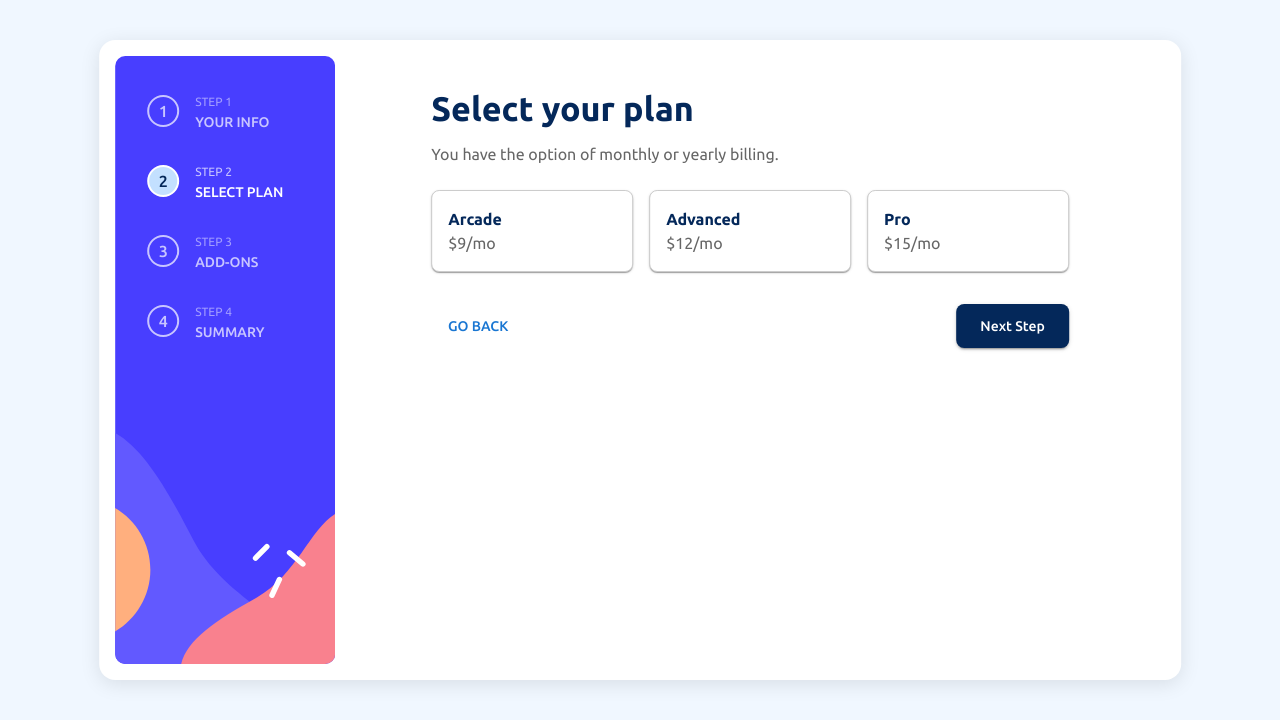
Repository: ozerrrs/chalange7days
Page: / (app in 7dayschalange/7dayschallange/), after clicking the first element matching `button.MuiButtonBase-root`
These files come from the project's save history. The page is drawn as it stood at one moment and after the next save; the edit follows.
The browser window is 1280 px wide. The pictures show the whole page.
The project was rebuilt for these pictures with package versions that can differ from the ones it lists, and the page was loaded fresh each time. Also part of the build but not shown: 7dayschalange/7dayschallange/vite.config.js.

Above is the page before, as saved 2025-03-05 15:09:55.

### 7dayschalange/7dayschallange/src/main.jsx
import * as React from "react";
import * as ReactDOM from "react-dom/client";
import { ThemeProvider } from "@mui/material/styles";
import { CssBaseline } from "@mui/material";
import theme from "./theme/theme";
import App from "./App";
import "./index.css";
ReactDOM.createRoot(document.getElementById("root")).render(
  <React.StrictMode>
    <ThemeProvider theme={theme}>
      <CssBaseline />
      <App />
    </ThemeProvider>
  </React.StrictMode>
);

### 7dayschalange/7dayschallange/src/theme/theme.jsx
import { createTheme } from "@mui/material/styles";

const theme = createTheme({
  typography: {
    fontFamily: "'Ubuntu', sans-serif",
    h4: {
      fontWeight: 700,
    },
    h2: {
      fontWeight: 500,
    },
  },
  components: {
    MuiCssBaseline: {
      styleOverrides: `
        body {
          background-color: #f0f7ff;
        }
      `,
    },
  },
});

export default theme;

### 7dayschalange/7dayschallange/src/App.jsx
import { Routes, Route, BrowserRouter } from "react-router-dom";
import FirstPage from "./pages/firstPage";
import "@fontsource/ubuntu/400.css"; // Regular
import "@fontsource/ubuntu/500.css"; // Medium
import "@fontsource/ubuntu/700.css"; // Bold
function App() {
  return (
    <BrowserRouter>
      <Routes>
        <Route path="/" element={<FirstPage />} />
        {/* <Route path="/about" element={<About />} />
          <Route path="/login" element={<Login />} />
          <Route path="/register" element={<Register />} /> */}
      </Routes>
    </BrowserRouter>
  );
}
export default App;

### 7dayschalange/7dayschallange/src/index.css
#root {
  height: 100vh;
  width: 100vw;
  background-color: #f0f7ff;
}

### 7dayschalange/7dayschallange/src/pages/firstPage.jsx
import React, { useState } from "react";
import {
  Box,
  TextField,
  Typography,
  Button,
  Stepper,
  Step,
  StepLabel,
  Paper,
  Container,
  Grid,
  CssBaseline,
} from "@mui/material";
import { styled, ThemeProvider } from "@mui/material/styles";
// Import the background image for the sidebar
import backgroundNav from "../assets/bg-sidebar-desktop.svg"; // Adjust the path as needed

const FormContainer = styled(Paper)(({ theme }) => ({
  padding: theme.spacing(2),
  borderRadius: 16,
  boxShadow: "0px 4px 20px rgba(0, 0, 0, 0.1)",
  display: "flex",
  overflow: "hidden",
  minWidth: 1000,
  minHeight: 640,
  margin: "0 auto",
  position: "absolute",
  top: "50%",
  left: "50%",
  transform: "translate(-50%, -50%)",
}));

const SideBar = styled(Box)(({ theme }) => ({
  padding: theme.spacing(4),
  borderRadius: "10px 10px 10px 10px",
  color: "white",
  width: 274,
  position: "relative",
  overflow: "hidden",
  background: "none",
  minHeight: 568,
}));

const ContentArea = styled(Box)(({ theme }) => ({
  paddingLeft: theme.spacing(12),
  paddingRight: theme.spacing(12),
  paddingTop: theme.spacing(4),
  paddingBottom: theme.spacing(4),
  width: "100%",
}));

const NextButton = styled(Button)(({ theme }) => ({
  backgroundColor: "#04285a",
  color: "white",
  borderRadius: 8,
  padding: "10px 24px",
  textTransform: "none", // This prevents uppercase text

  "&:hover": {
    backgroundColor: "#172b4d",
  },
}));
const StyledTextField = styled(TextField)(({ theme }) => ({
  marginBottom: theme.spacing(2),
  "& .MuiOutlinedInput-root": {
    borderRadius: "10px",
    "& fieldset": {
      borderRadius: "10px",
    },
  },
}));

const StepNumber = styled(Box)(({ theme, active }) => ({
  width: 32,
  height: 32,
  borderRadius: "50%",
  border: "2px solid white",
  display: "flex",
  alignItems: "center",
  justifyContent: "center",
  marginRight: theme.spacing(2),
  backgroundColor: active ? "#c3e0ff" : "transparent", // Blue background when active
  color: active ? "#04285a" : "white",
  fontWeight: 500,
}));

const StepItem = styled(Box)(({ theme, active }) => ({
  display: "flex",
  alignItems: "center",
  marginBottom: theme.spacing(3),
  opacity: active ? 1 : 0.7,
}));

const steps = [
  { label: "YOUR INFO", description: "Personal details" },
  { label: "SELECT PLAN", description: "Choose your plan" },
  { label: "ADD-ONS", description: "Add extra features" },
  { label: "SUMMARY", description: "Review your order" },
];

function MultiStepForm() {
  const [activeStep, setActiveStep] = useState(0);
  const [formData, setFormData] = useState({
    name: "",
    email: "",
    phone: "",
  });

  const handleInputChange = (e) => {
    const { name, value } = e.target;
    setFormData({
      ...formData,
      [name]: value,
    });
  };

  const handleNext = () => {
    setActiveStep((prevActiveStep) => prevActiveStep + 1);
  };

  const handleBack = () => {
    setActiveStep((prevActiveStep) => prevActiveStep - 1);
  };

  const getStepContent = (step) => {
    switch (step) {
      case 0:
        return (
          <Box>
            <Typography
              variant="h4"
              gutterBottom
              fontWeight="bold"
              sx={{ color: "#04285a" }}
            >
              Personal info
            </Typography>
            <Typography color="textSecondary" paragraph>
              Please provide your name, email address, and phone number.
            </Typography>

            <Box mt={3}>
              <Typography fontWeight={500} mb={1} sx={{ color: "#04285a" }}>
                Name
              </Typography>
              <StyledTextField
                fullWidth
                placeholder="e.g. Stephen King"
                name="name"
                value={formData.name}
                onChange={handleInputChange}
                variant="outlined"
              />

              <Typography fontWeight={500} mb={1} sx={{ color: "#04285a" }}>
                Email Address
              </Typography>

              <StyledTextField
                fullWidth
                placeholder="e.g. stephenking@lorem.com"
                name="email"
                value={formData.email}
                onChange={handleInputChange}
                variant="outlined"
              />

              <Typography fontWeight={500} mb={1} sx={{ color: "#04285a" }}>
                Phone Number
              </Typography>

              <StyledTextField
                fullWidth
                placeholder="e.g. +1 234 567 890"
                name="phone"
                value={formData.phone}
                onChange={handleInputChange}
                variant="outlined"
                sx={{ mb: 8 }}
              />
            </Box>
          </Box>
        );
      case 1:
        return (
          <Box>
            <Typography
              variant="h4"
              gutterBottom
              fontWeight="bold"
              sx={{ color: "#04285a" }}
            >
              Select your plan
            </Typography>
            <Typography color="textSecondary" paragraph>
              You have the option of monthly or yearly billing.
            </Typography>

            {/* Plan selection content will go here */}
            <Box mt={3} sx={{ display: "flex", gap: 2 }}>
              {/* Example plan cards would go here */}
              <Paper
                sx={{
                  p: 2,
                  borderRadius: 2,
                  flex: 1,
                  border: "1px solid #ccc",
                }}
              >
                <Typography fontWeight="bold" sx={{ color: "#04285a" }}>
                  Arcade
                </Typography>
                <Typography color="textSecondary">$9/mo</Typography>
              </Paper>

              <Paper
                sx={{
                  p: 2,
                  borderRadius: 2,
                  flex: 1,
                  border: "1px solid #ccc",
                }}
              >
                <Typography fontWeight="bold" sx={{ color: "#04285a" }}>
                  Advanced
                </Typography>
                <Typography color="textSecondary">$12/mo</Typography>
              </Paper>

              <Paper
                sx={{
                  p: 2,
                  borderRadius: 2,
                  flex: 1,
                  border: "1px solid #ccc",
                }}
              >
                <Typography fontWeight="bold" sx={{ color: "#04285a" }}>
                  Pro
                </Typography>
                <Typography color="textSecondary">$15/mo</Typography>
              </Paper>
            </Box>
          </Box>
        );
      case 2:
        return (
          <Box>
            <Typography
              variant="h4"
              gutterBottom
              fontWeight="bold"
              sx={{ color: "#04285a" }}
            >
              Pick add-ons
            </Typography>
            <Typography color="textSecondary" paragraph>
              Add-ons help enhance your gaming experience.
            </Typography>
          </Box>
        );
      case 3:
        return (
          <Box>
            <Typography
              variant="h4"
              gutterBottom
              fontWeight="bold"
              sx={{ color: "#04285a" }}
            >
              Summary
            </Typography>
            <Typography color="textSecondary" paragraph>
              Please confirm your selections.
            </Typography>
          </Box>
        );
      default:
        return "Unknown step";
    }
  };

  return (
    <FormContainer>
      <SideBar>
        <Box
          sx={{
            position: "absolute",
            top: 0,
            left: 0,
            width: "100%",
            height: "100%",
            zIndex: 0,
          }}
        >
          <img
            src={backgroundNav}
            alt="background"
            style={{ width: "100%", height: "100%", objectFit: "cover" }}
          />
        </Box>
        <Box sx={{ position: "relative", zIndex: 1 }}>
          {steps.map((step, index) => (
            <StepItem key={index} active={activeStep === index}>
              <StepNumber active={activeStep === index}>{index + 1}</StepNumber>

              <Box>
                <Typography variant="caption" sx={{ opacity: 0.7 }}>
                  STEP {index + 1}
                </Typography>
                <Typography variant="subtitle2">{step.label}</Typography>
              </Box>
            </StepItem>
          ))}
        </Box>
      </SideBar>

      <ContentArea>
        {getStepContent(activeStep)}

        <Box sx={{ display: "flex", justifyContent: "flex-end", mt: 4 }}>
          {activeStep !== 0 && (
            <Button
              onClick={handleBack}
              sx={{ mr: 55, color: "textSecondary" }}
            >
              Go Back
            </Button>
          )}
          <NextButton variant="contained" onClick={handleNext}>
            Next Step
          </NextButton>
        </Box>
      </ContentArea>
    </FormContainer>
  );
}

export default MultiStepForm;

Loaded but not shown: 7dayschalange/7dayschallange/index.html (common file)

After the next save:
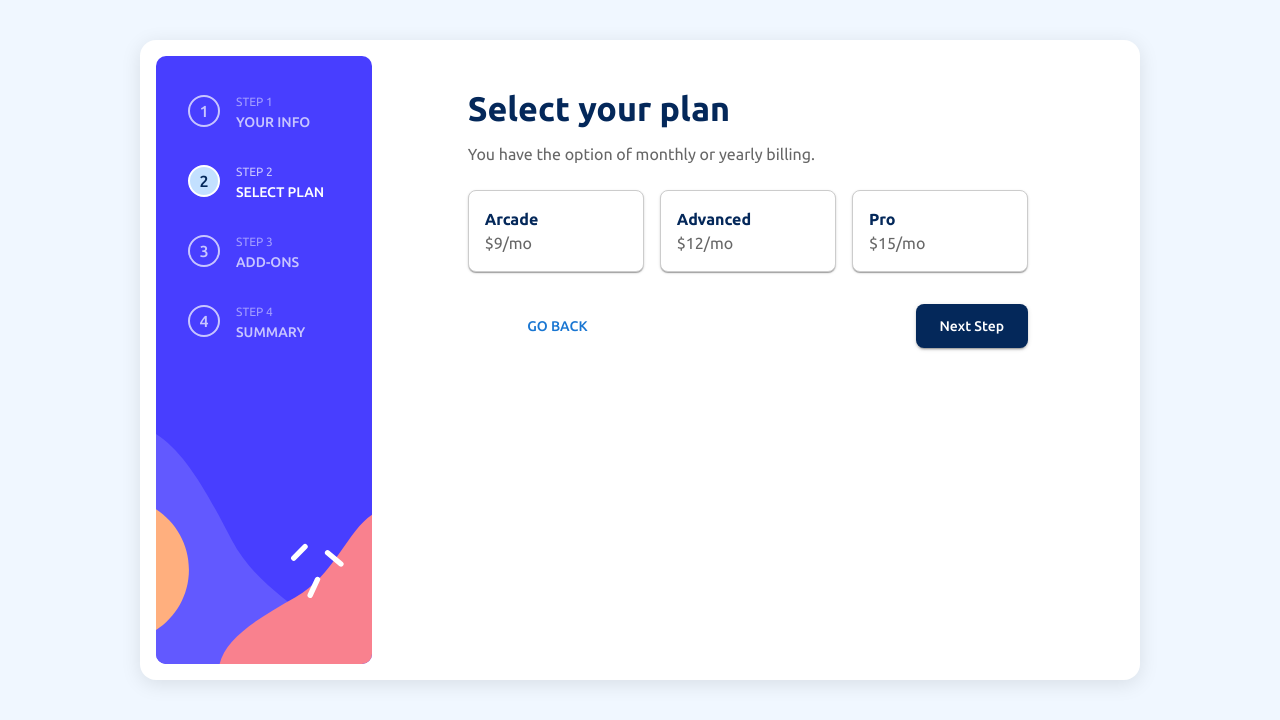
Saved 14 s later.
--- a/7dayschalange/7dayschallange/src/pages/firstPage.jsx
+++ b/7dayschalange/7dayschallange/src/pages/firstPage.jsx
@@ -323,7 +323,7 @@ function MultiStepForm() {
           {activeStep !== 0 && (
             <Button
               onClick={handleBack}
-              sx={{ mr: 55, color: "textSecondary" }}
+              sx={{ mr: 40, color: "textSecondary" }}
             >
               Go Back
             </Button>
